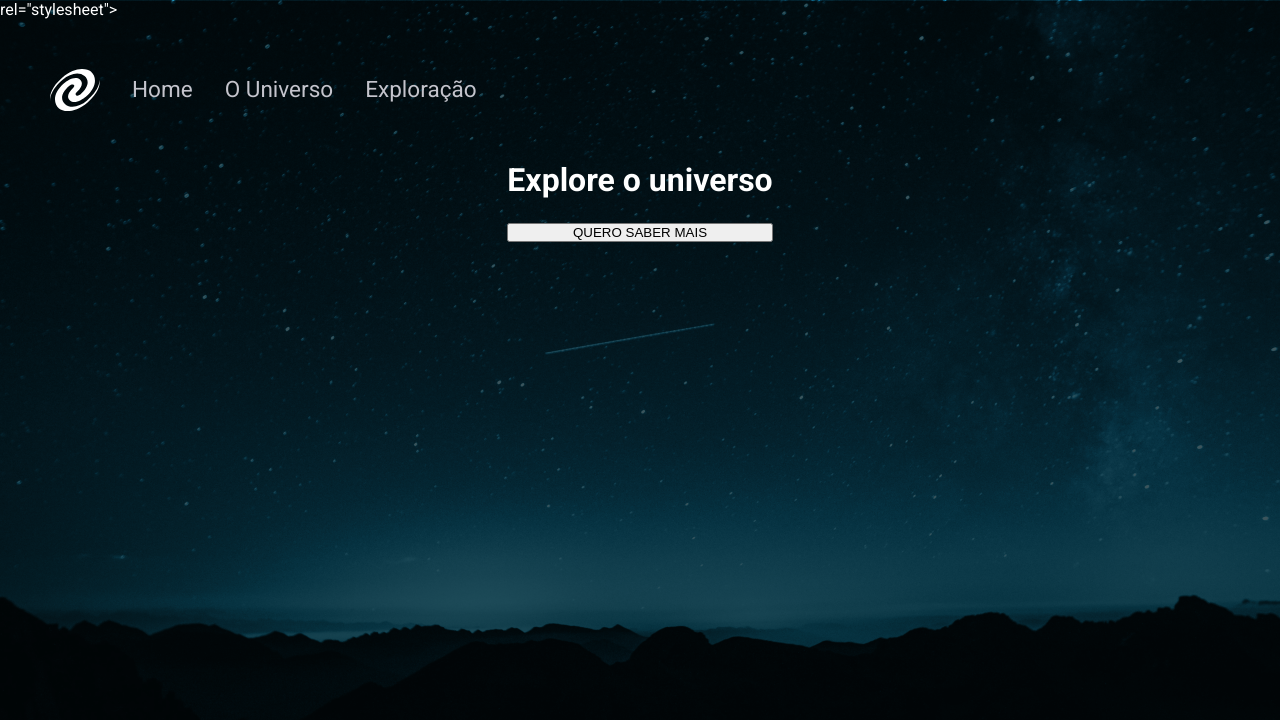
Repository: eltonneiferson/spaUniverse
Page: index.html
These files come from the project's save history. The page is drawn as it stood at one moment and after the next save; the edit follows.
The browser window is 1280 px wide. The pictures show the whole page.

Above is the page before, as saved 2022-10-26 22:25:07.

### index.html
<!DOCTYPE html>
<html lang="pt-br">

<head>
    <meta charset="UTF-8" />
    <meta http-equiv="X-UA-Compatible" content="IE=edge" />
    <meta name="viewport" content="width=device-width, initial-scale=1.0" />
    <meta name="author" content="Elton Neiferson" />
    <title>Universe</title>

    <link rel="stylesheet" href="stylle.css">
    <link rel="preconnect" href="https://fonts.googleapis.com">
    <link rel="preconnect" href="https://fonts.gstatic.com" crossorigin>
    <link href="https://fonts.googleapis.com/css2?family=Roboto:wght@400;700&display=swap" rel="stylesheet">rel="stylesheet">
</head>

<body>
    <nav>
        <svg width="50" height="42" viewBox="0 0 50 42" fill="none" xmlns="http://www.w3.org/2000/svg">
            <path d="M31.5423 0.00979035C26.1727 0.174742 19.3604 2.47181 12.1375 8.73785C-2.6197 21.4919 0.219149 31.6427 0.219149 31.6427C0.219149 31.6427 -1.31407 22.7633 12.6765 10.655C19.9593 4.35869 28.9789 2.29019 34.5368 6.97206C39.5198 11.1696 38.7771 18.2731 30.3445 25.5381C27.0864 28.1212 23.6007 25.8307 27.0504 22.7633C27.4347 22.4396 27.7717 22.1194 28.0686 21.8047C31.2762 18.6232 33.7461 13.7222 29.9252 10.5036C25.3256 6.46755 17.5038 11.1696 14.054 14.237C3.12987 23.7622 2.8903 33.9231 9.02317 39.4122C13.2395 42.964 24.7506 44.3867 37.5913 33.4085C52.3485 20.6544 49.5097 10.5036 49.5097 10.5036C49.5097 10.5036 51.0429 19.3831 37.0523 31.4914C29.7695 37.7877 20.7499 39.9066 15.192 35.2248C10.209 31.0272 10.9517 23.9237 19.3844 16.6587C22.8341 13.9142 26.3078 16.1643 22.858 19.2317C22.4738 19.5554 22.1368 19.8756 21.8399 20.1903C18.6323 23.3718 16.1624 28.2728 19.9833 31.4914C24.5829 35.5275 32.2131 30.664 35.8545 27.758C46.9703 18.2328 47.0182 8.0719 40.8853 2.5828C39.0407 1.02891 35.7186 -0.118506 31.5423 0.00979035Z" fill="white" />
        </svg>
        <a href="/">Home</a>
        <a href="/universe.html">O Universo</a>
        <a href="/exploration.html">Exploração</a>
    </nav>
    <main>
        <h1>Explore o universo</h1>
        <button>QUERO SABER MAIS</button>
    </main>
</body>

</html>

### stylle.css
* {
    margin: 0;
    padding: 0;
    box-sizing: border-box;
    text-decoration: none;
}

:root {
    --default-font-color: white;
    --font-color-link: #C4C4CC;
    --default-font: 'Roboto', sans-serif;
}

body {
    min-height: 100vh;
    background-image: url(bkg1.png);
    background-position: bottom;
    background-size: cover;
    color: var(--default-font-color);
    font-family: var(--default-font);
}

nav {
    padding: 50px;
    display: flex;
    gap: 2rem;
    align-items: center;
}

nav a {
    color: var(--font-color-link);
    line-height: 1.37rem;
    font-size: 1.41rem;
}

nav a:hover {
    color: var(--default-font-color);
    font-weight: bold;
}

main {
    display: grid;
    gap: 24px;
    place-content: center;
}

After the next save:
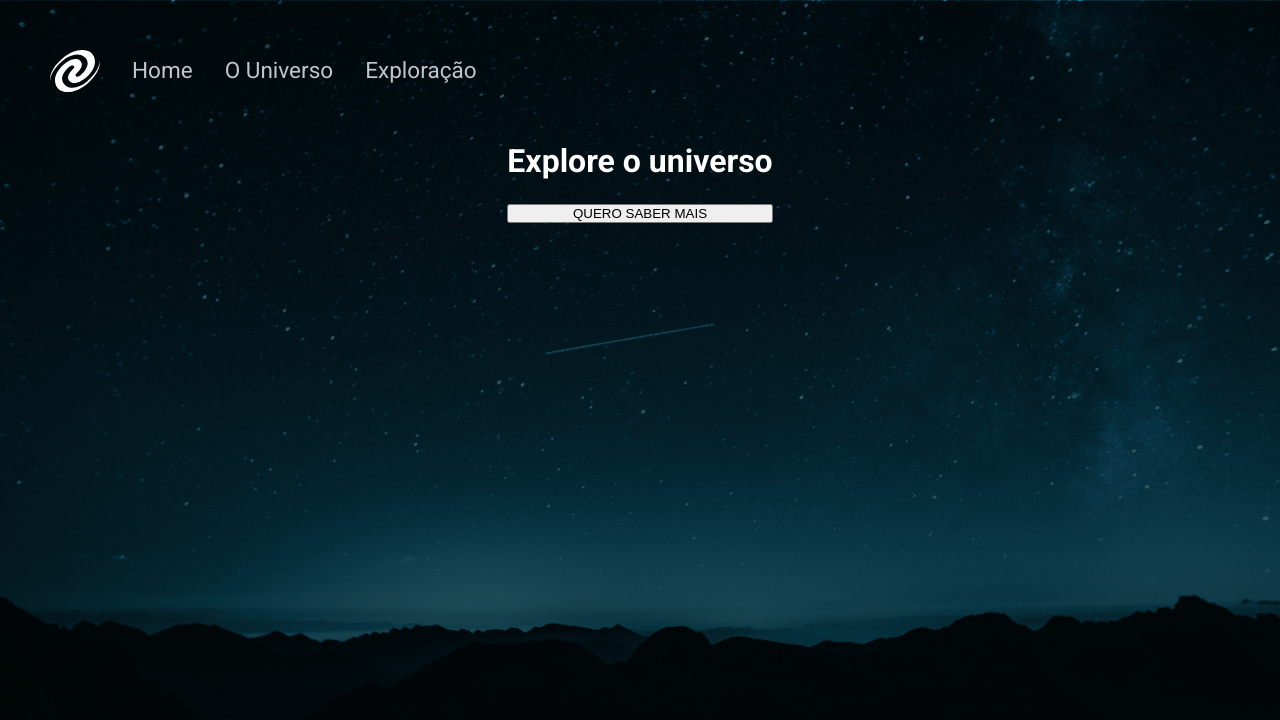
Saved 27 s later.
--- a/index.html
+++ b/index.html
@@ -11,7 +11,7 @@
     <link rel="stylesheet" href="stylle.css">
     <link rel="preconnect" href="https://fonts.googleapis.com">
     <link rel="preconnect" href="https://fonts.gstatic.com" crossorigin>
-    <link href="https://fonts.googleapis.com/css2?family=Roboto:wght@400;700&display=swap" rel="stylesheet">rel="stylesheet">
+    <link href="https://fonts.googleapis.com/css2?family=Roboto:wght@400;700&display=swap" rel="stylesheet">
 </head>
 
 <body>
